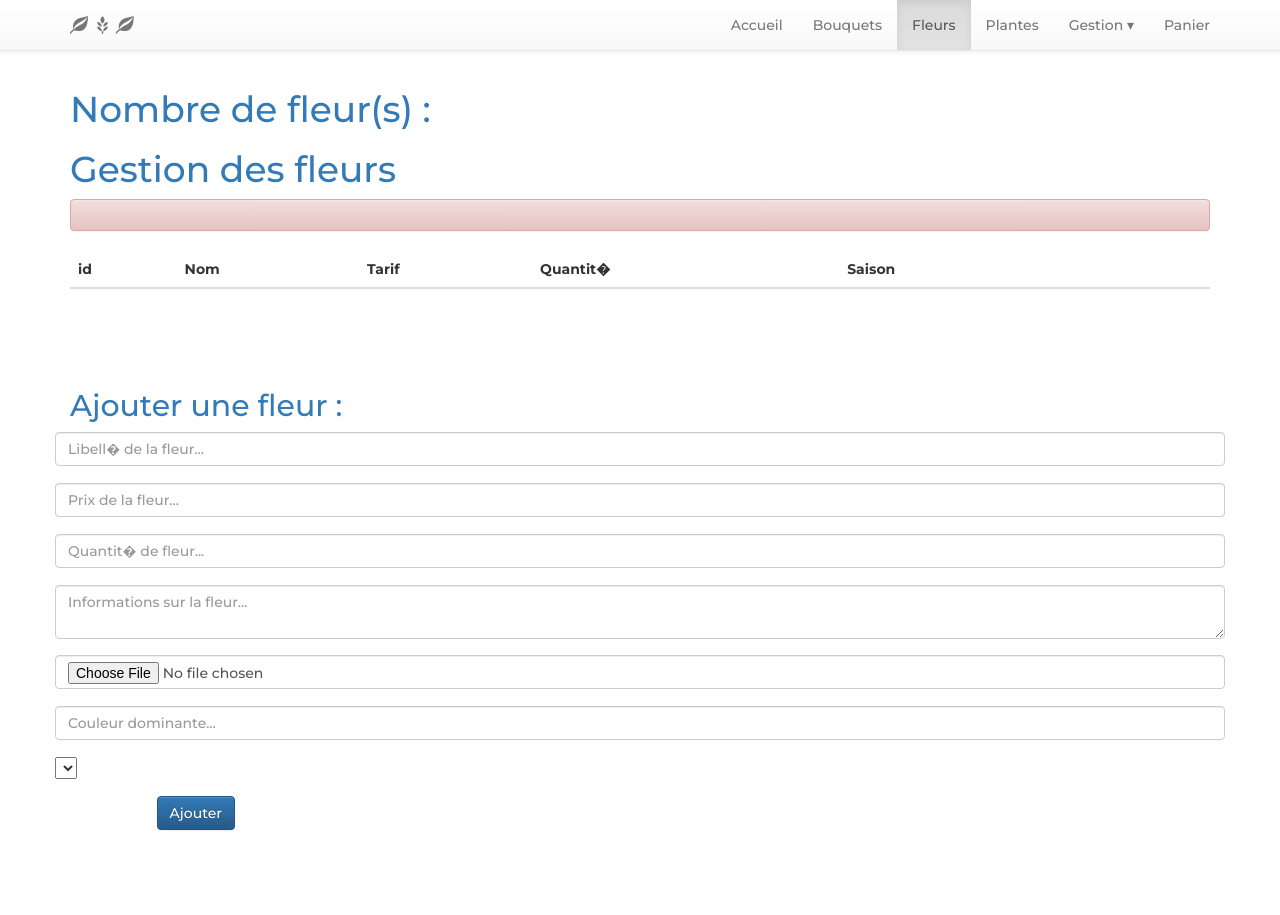
Repository: JeremT8/JavaFleuristeProject
Page: tp-fleuriste/src/main/webapp/bouquet-detail.html
These files come from the project's save history. The page is drawn as it stood at one moment and after the next save; the edit follows.
The browser window is 1280 px wide. The pictures show the whole page.
The page's requests for data from a server got no answer. Some web libraries are served in a nearby version.

Above is the page before, as saved 2022-05-18 08:36:47.

After the next save:
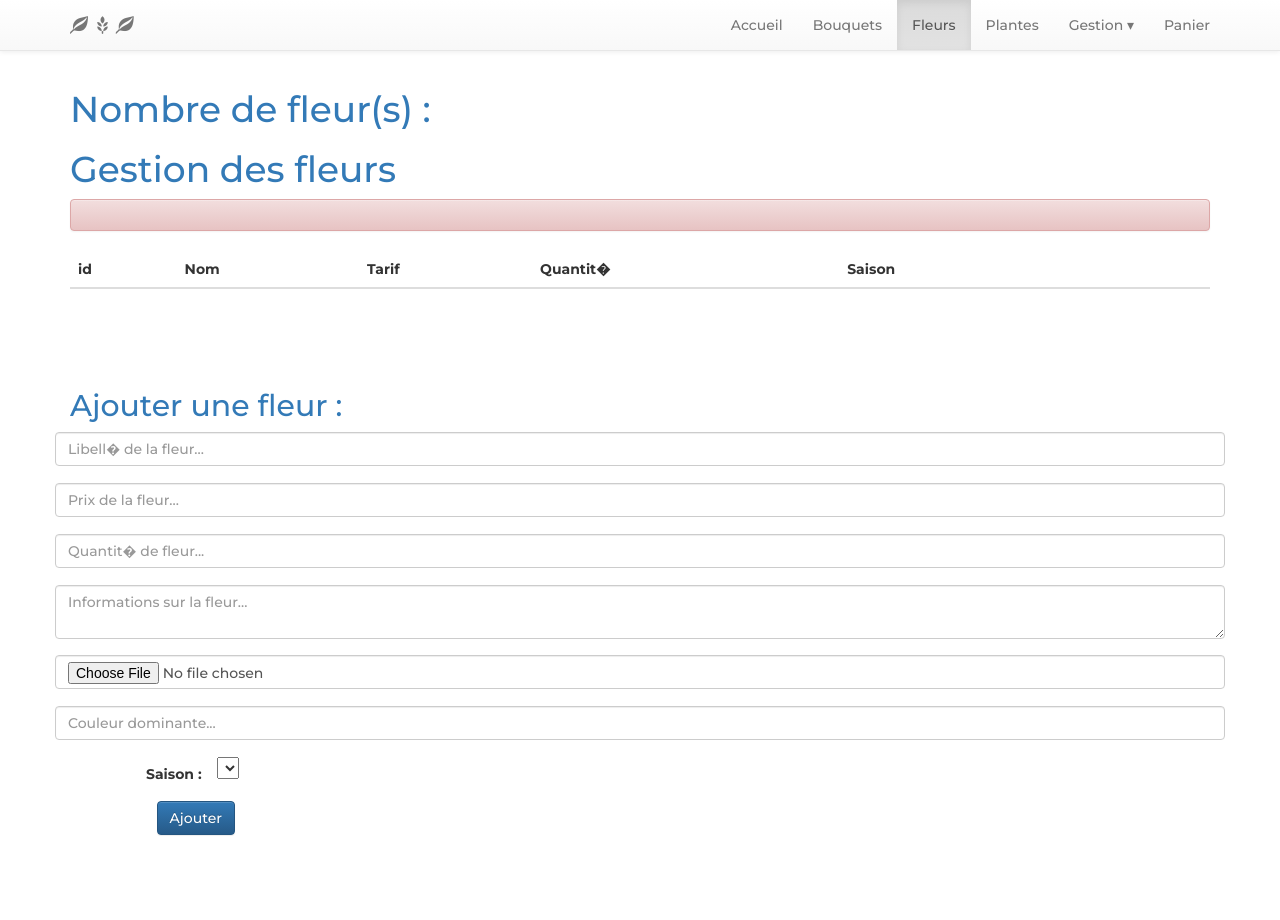
Saved 52 s later.
--- a/tp-fleuriste/src/main/webapp/bouquet-detail.html
+++ b/tp-fleuriste/src/main/webapp/bouquet-detail.html
@@ -136,6 +136,8 @@
 					</div>
 					<div class="div-form-input form-group">
 						<div class="col-xs-10">
+						<label for="saison" class="col-xs-2 control-label">Saison
+							:</label>
 							<select id="saison" class="form-select" aria-label="multiple select example">
 
 							</select>

After the save that followed:
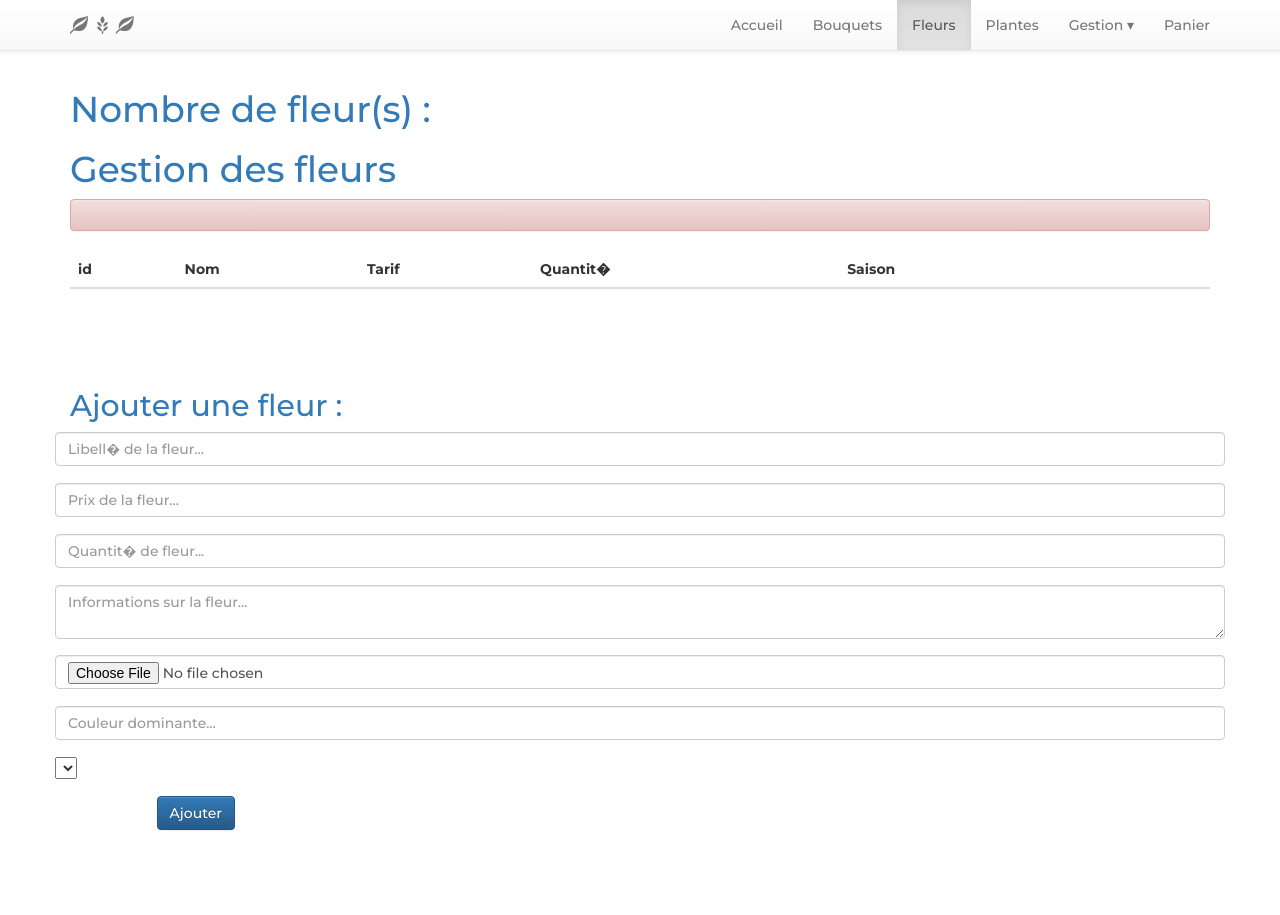
Saved 30 s later.
--- a/tp-fleuriste/src/main/webapp/bouquet-detail.html
+++ b/tp-fleuriste/src/main/webapp/bouquet-detail.html
@@ -136,8 +136,7 @@
 					</div>
 					<div class="div-form-input form-group">
 						<div class="col-xs-10">
-						<label for="saison" class="col-xs-2 control-label">Saison
-							:</label>
+
 							<select id="saison" class="form-select" aria-label="multiple select example">
 
 							</select>
